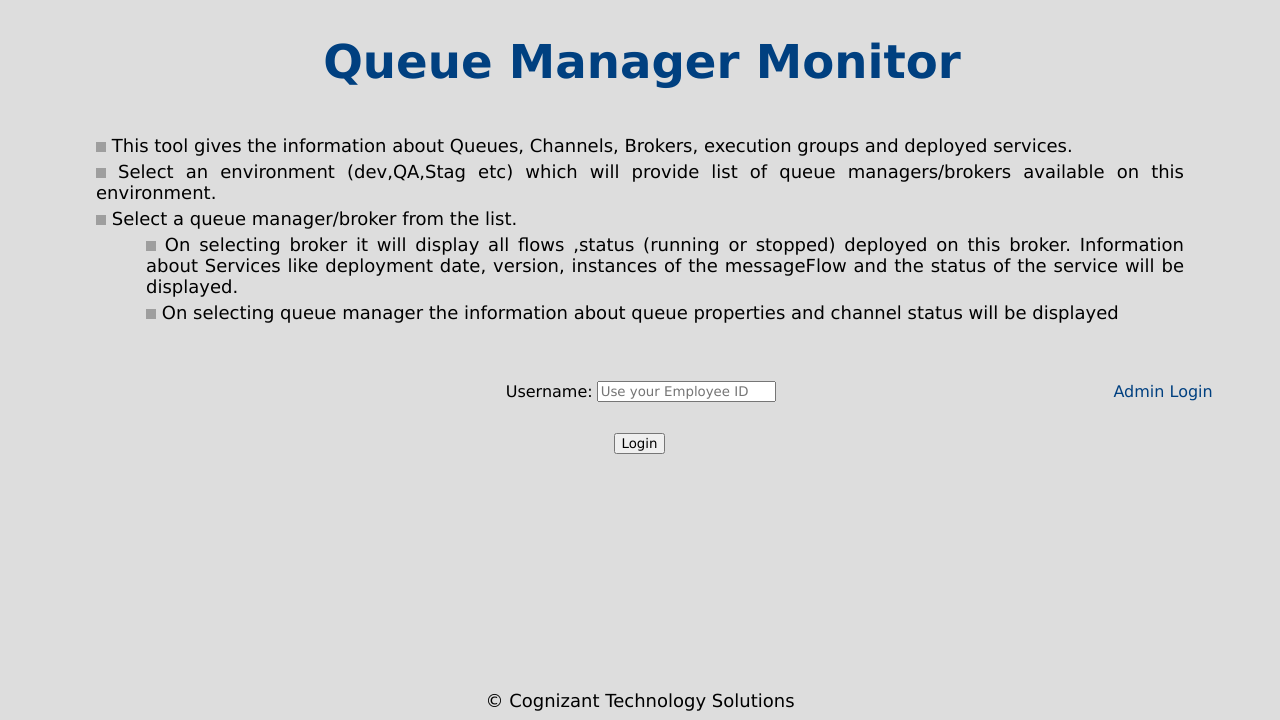
Repository: aarjavshah/ArjavProjects
Page: http://localhost/QmMonitor/
The author's editor kept a copy of each file at every save. The page is drawn from the files as they stood at one save, then again after the next save.
The browser window is 1280 px wide. The pictures show the whole page.
Pictures or frames that could not be fetched are drawn as grey boxes. The page is served by Tomcat 9.

Above is the page before, as saved 2016-11-28 15:17:38.

After the next save:
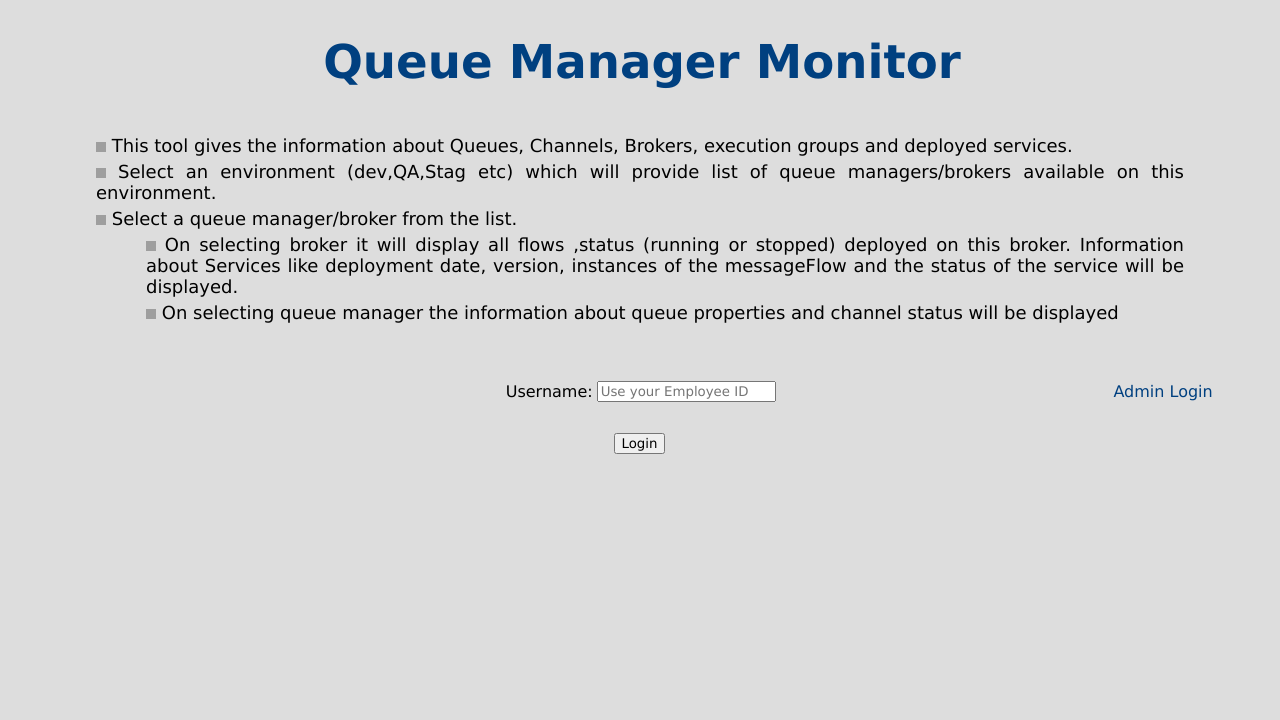
Saved 31 min 24 s later.
--- a/Java/ToolOct27ABN_Temp/QmMonitor/WebContent/Login.jsp
+++ b/Java/ToolOct27ABN_Temp/QmMonitor/WebContent/Login.jsp
@@ -90,6 +90,6 @@ if((Boolean)session.getAttribute("AdminLoginFail")){
 </tr>
 </table>
 </form>
-<div id="footerCpy">© Cognizant Technology Solutions</div>
+<!-- <div id="footerCpy">© Cognizant Technology Solutions</div> -->
 </body>
 </html>
